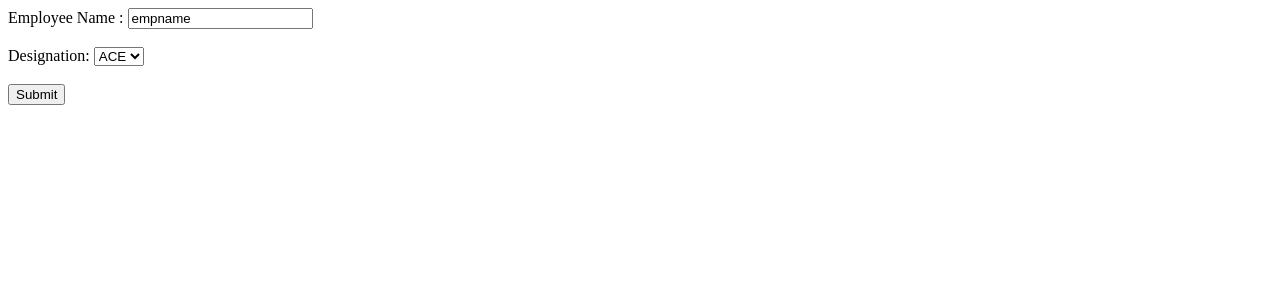
Repository: omgitsrish/MyProject
Page: http://localhost/Employee/fetchemp.jsp
These files come from the project's save history. The page is drawn as it stood at one moment and after the next save; the edit follows.
The browser window is 1280 px wide. The pictures show the whole page.
The page is served by Tomcat 9.

Above is the page before, as saved 2018-07-31 21:17:29.

After the next save:
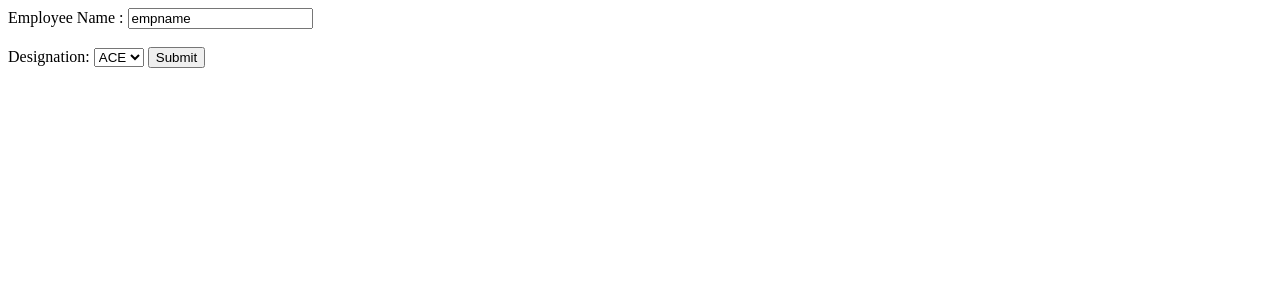
Saved 13 s later.
--- a/Test/Employee/WebContent/fetchemp.jsp
+++ b/Test/Employee/WebContent/fetchemp.jsp
@@ -15,7 +15,7 @@
 		<option>ACE</option>
 		<option>ITA</option>
 		<option>AST</option>
-	</select><br><br>
+	</select>
 	<input type="submit" value="Submit">
 </form>
 
